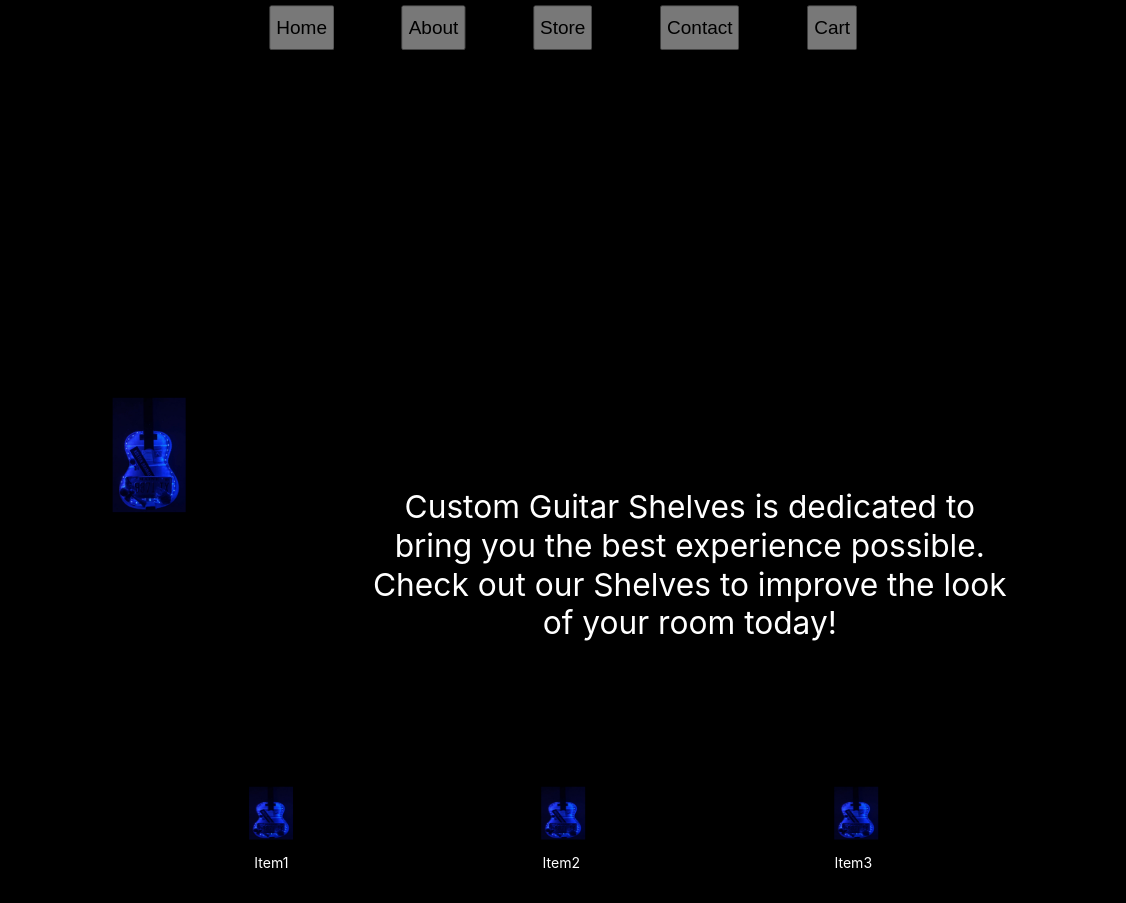
Repository: Kobramall/guitar-shelves-mock-store
Page: /
An editor plug-in stored every save of this project. The page is shown before and after the next save, followed by the edit.
The browser window is 1280 px wide. The pictures show the whole page, at 88% of full size.
Pictures or frames that could not be fetched are drawn as grey boxes. The project was rebuilt for these pictures with package versions that can differ from the ones it lists, and the page was loaded fresh each time. Also part of the build but not shown: src/componets/Cart.js. Imported but missing from the stored project, and not drawn on this page: src/assets/GuitarSV.MP4.

Above is the page before, as saved 2022-11-02 17:17:21.

After the next save:
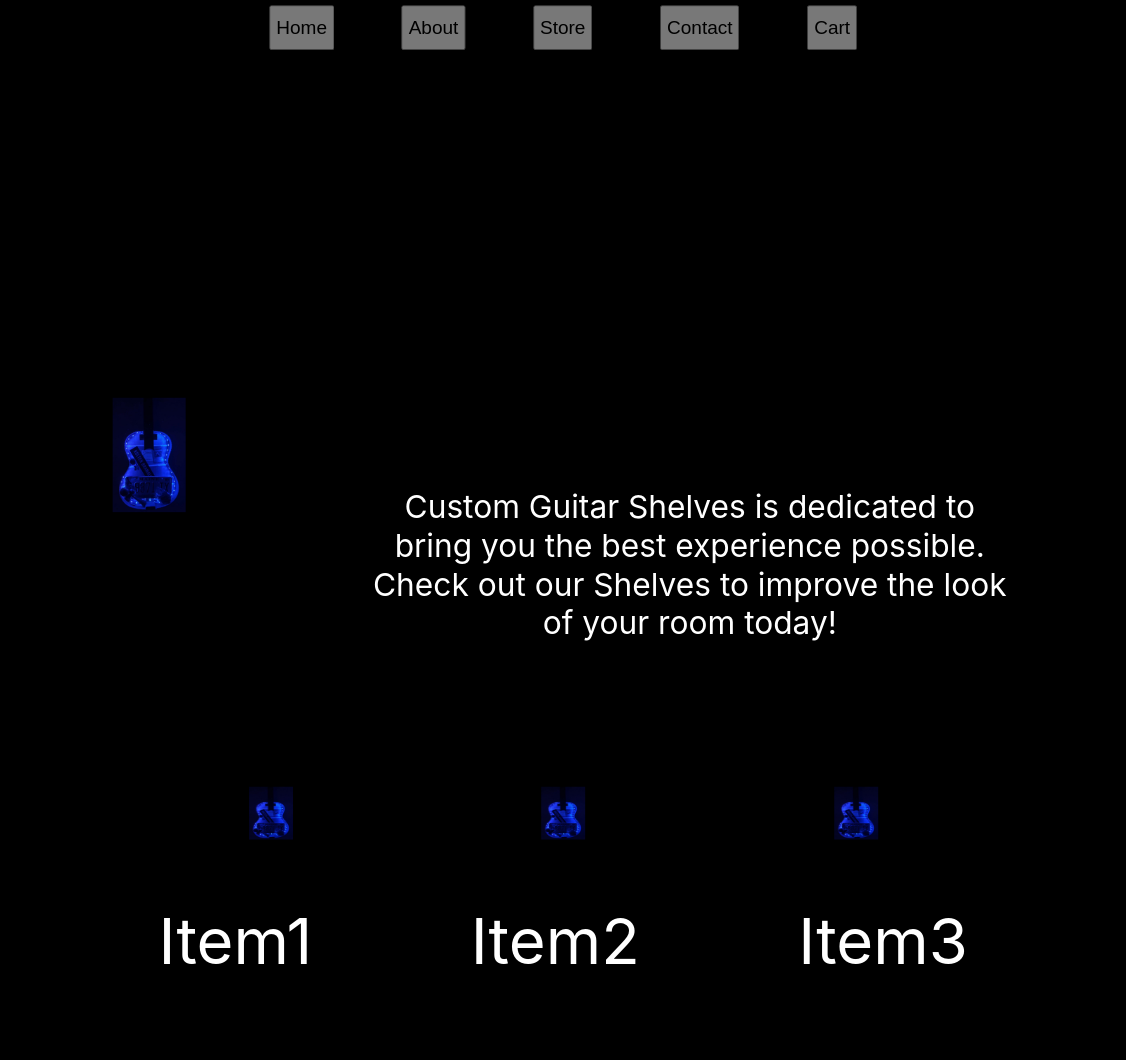
Saved 9 s later.
--- a/src/App.css
+++ b/src/App.css
@@ -63,6 +63,7 @@
   display: flex;
   justify-content: space-evenly;
   margin-top:0%;
+  font-size: 10vh;
 }
 
 @keyframes App-logo-spin {
